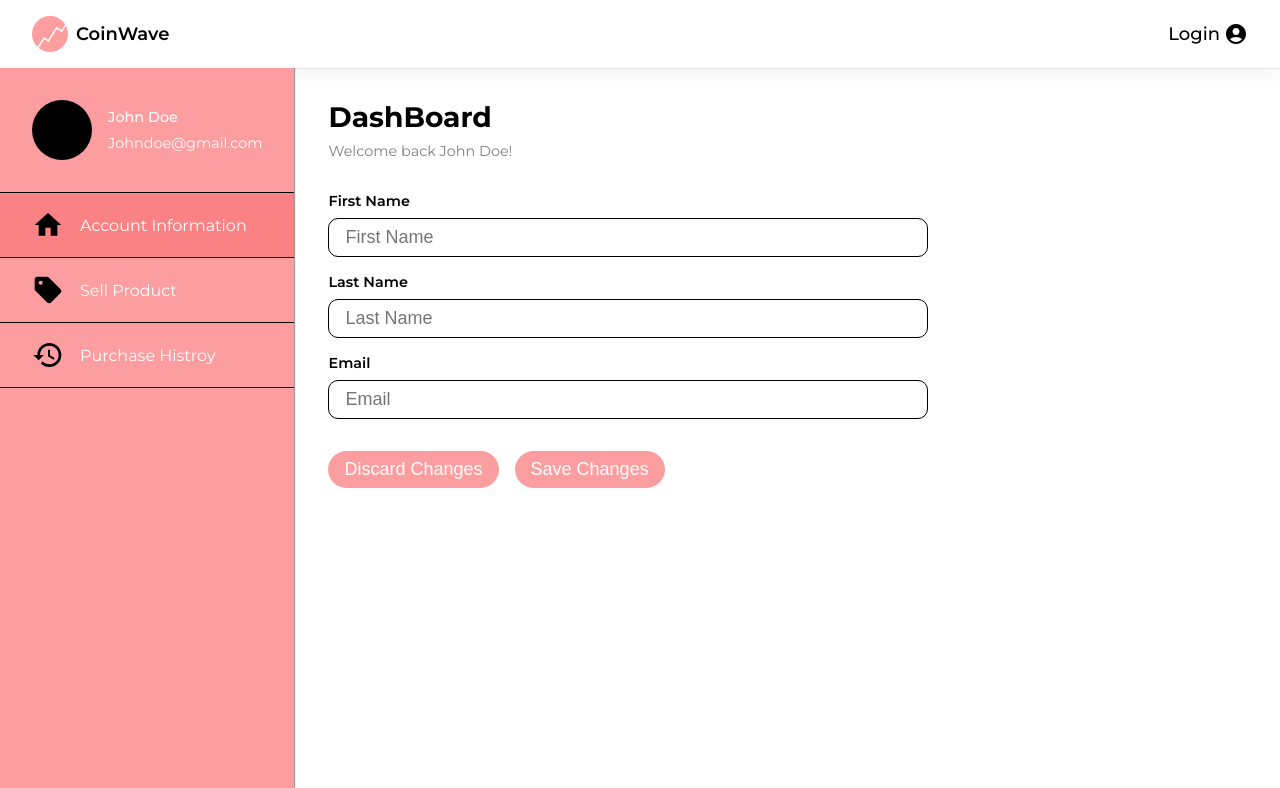
Repository: David-Waite/CoinWave
Page: /account
These files come from the project's save history. The page is drawn as it stood at one moment and after a run of saves; the edit follows.
The browser window is 1280 px wide. The pictures show the whole page.
The project was rebuilt for these pictures with package versions that can differ from the ones it lists, and the page was loaded fresh each time. The framework's server and built-in components were replaced by stand-ins that run in the browser. Also part of the build but not shown: next.config.js, app/components/account/SellProduct/SellProduct.js, app/components/account/PurchaseHistory/PurchaseHistory.js.

Above is the page before, as saved 2023-08-16 11:21:33.

### app/layout.js
import Nav from "./components/Nav/Nav";
import "./globals.css";
import { Montserrat } from "next/font/google";

const montserrat = Montserrat({ subsets: ["latin"] });

export const metadata = {
  title: "Coin Wave",
  description: "Generated by create next app",
};

export default function RootLayout({ children }) {
  return (
    <html lang="en">
      <body className={montserrat.className}>
        <Nav />
        {children}
      </body>
    </html>
  );
}

### app/account/page.js
"use client";
import styles from "./account.module.css";
import { useState } from "react";
import AccountMenu from "../components/account/AccountMenu/AccountMenu";
import AccountInformation from "../components/account/AccountInfomation/AccountInfomation";
import SellProduct from "../components/account/SellProduct/SellProduct";
import PurchaseHistroy from "../components/account/PurchaseHistory/PurchaseHistory";

export default function Account() {
  const [selected, setSelected] = useState({
    accountInformation: true,
    sellProduct: false,
    purchaseHistroy: false,
  });

  function handleMenuSelect(select) {
    setSelected({
      accountInformation: select === "accountInformation",
      sellProduct: select === "sellProduct",
      purchaseHistroy: select === "purchaseHistroy",
    });
  }

  return (
    <div className={styles.main}>
      <AccountMenu selected={selected} onClick={handleMenuSelect} />

      <hr />
      <main>
        {selected.accountInformation && <AccountInformation />}
        {selected.sellProduct && <SellProduct />}
        {selected.purchaseHistroy && <PurchaseHistroy />}
      </main>
    </div>
  );
}

### app/components/Nav/Nav.js
import styles from "./nav.module.css";
import Link from "next/link";
import { MdAccountCircle } from "react-icons/md";
export default function Nav() {
  return (
    <nav className={styles.main}>
      <Link className={styles.homeLink} href="/">
        <svg
          width="36"
          height="36"
          viewBox="0 0 36 36"
          fill="none"
          xmlns="http://www.w3.org/2000/svg"
        >
          <circle cx="18" cy="18" r="18" fill="#FF9E9E" />
          <mask
            id="mask0_7_9"
            style={{ maskType: "alpha" }}
            maskUnits="userSpaceOnUse"
            x="0"
            y="0"
            width="36"
            height="36"
          >
            <path
              d="M36 18C36 27.9411 27.9411 36 18 36C8.05887 36 0 27.9411 0 18C0 8.05887 8.05887 0 18 0C27.9411 0 36 8.05887 36 18Z"
              fill="#FF9E9E"
            />
          </mask>
          <g mask="url(#mask0_7_9)">
            <path
              d="M2.13416 37.6684L12.0865 22.0755L16.3706 24.9865L24.7305 11.8885L29.6267 15.2153L36.3942 4.61218"
              stroke="white"
              stroke-width="1.5"
            />
          </g>
        </svg>
        CoinWave
      </Link>
      <Link className={styles.loginLink} href="/login">
        Login <MdAccountCircle size={24} />
      </Link>
    </nav>
  );
}

### app/globals.css
:root {
  --primary: #fc9d9f;
}

* {
  margin: 0;
  padding: 0;
}

### app/components/account/AccountMenu/AccountMenu.js
import styles from "./accountMenu.module.css";
import { MdHistory, MdHome, MdSell } from "react-icons/md";
export default function AccountMenu(props) {
  function handleClick(select) {
    props.onClick(select);
  }

  const selectedP = {
    backgroundColor: "#fa8284",
  };

  return (
    <div className={styles.container}>
      <div className={styles.infoOverView}>
        <div className={styles.photo}></div>
        <div className={styles.overViewTextContainer}>
          <p className={styles.fullNameOverView}>John Doe</p>
          <p className={styles.emailOverView}>Johndoe@gmail.com</p>
        </div>
      </div>

      <div
        onClick={() => handleClick("accountInformation")}
        className={styles.linkContainer}
        style={Object.assign(props.selected.accountInformation && selectedP)}
      >
        <MdHome className={styles.menuIcons} />
        <p>Account Information</p>
      </div>

      <div
        onClick={() => handleClick("sellProduct")}
        className={styles.linkContainer}
        style={Object.assign(props.selected.sellProduct && selectedP)}
      >
        <MdSell className={styles.menuIcons} />
        <p>Sell Product</p>
      </div>

      <div
        onClick={() => handleClick("purchaseHistroy")}
        className={`${styles.linkContainer} ${styles.linkContainerBottom}`}
        style={Object.assign(props.selected.purchaseHistroy && selectedP)}
      >
        <MdHistory className={styles.menuIcons} />
        <p>Purchase Histroy</p>
      </div>
    </div>
  );
}

### app/components/account/AccountInfomation/AccountInfomation.js
"use client";
import styles from "./accountInformation.module.css";
import { useState } from "react";
import { useRouter } from "next/navigation";
import { MdSecurityUpdate } from "react-icons/md";

export default function AccountInformation() {
  const [formData, setFormData] = useState({
    firstName: "",
    lastNameName: "",
    email: "",
  });

  const router = useRouter();

  function handleChange(event) {
    const { type, name, value, checked } = event.target;
    setFormData((prevFormData) => {
      return {
        ...prevFormData,
        [name]: type === "checkbox" ? checked : value,
      };
    });
  }

  function handleSubmit(event) {
    event.preventDefault();

    router.push("/account");
  }

  return (
    <main className={styles.main}>
      <form onSubmit={handleSubmit}>
        <h1 className={styles.title}>DashBoard</h1>
        <p className={styles.welcomeText}>Welcome back {"John Doe"}!</p>

        <div className={styles.form}>
          <div className={styles.inputContainer}>
            <label className={styles.firstNameLable} htmlFor="firstName">
              First Name
            </label>
            <input
              className={styles.firstName}
              type="text"
              placeholder="First Name"
              onChange={handleChange}
              name="firstName"
              value={formData.firstName}
            />
          </div>
          <div className={styles.inputContainer}>
            <label className={styles.lastNameLable} htmlFor="lastName">
              Last Name
            </label>
            <input
              className={styles.firstName}
              type="text"
              placeholder="Last Name"
              onChange={handleChange}
              name="lastName"
              value={formData.lastName}
            />
          </div>
          <div className={styles.inputContainer}>
            <label className={styles.emailLable} htmlFor="email">
              Email
            </label>
            <input
              className={styles.email}
              type="email"
              placeholder="Email"
              onChange={handleChange}
              name="email"
              value={formData.email}
            />
          </div>
        </div>
        <div className={styles.buttonContainer}>
          <button className={styles.discardChanges}>Discard Changes</button>
          <button className={styles.saveChanges}>Save Changes</button>
        </div>
      </form>
    </main>
  );
}

### app/components/Nav/nav.module.css
.main {
  display: flex;
  align-items: center;
  justify-content: space-between;
  padding: 16px 60px;
  box-shadow: rgba(0, 0, 0, 0.05) 0px 6px 24px 0px,
    rgba(0, 0, 0, 0.08) 0px 0px 0px 1px;
}

.homeLink {
  display: flex;
  align-items: center;
  gap: 8px;
  text-decoration: none;
  font-size: 18px;
  color: black;
  font-weight: 600;
}

.loginLink {
  display: flex;
  align-items: center;
  gap: 4px;
  font-size: 18px;
  text-decoration: none;
  color: black;
  font-weight: 500;
}

@media (max-width: 1600px) {
  .main {
    padding: 16px 32px;
  }
}
@media (max-width: 778px) {
  .main {
    padding: 16px;
  }
  .loginLink,
  .homeLink {
    font-size: 16px;
  }
}

### app/components/account/AccountMenu/accountMenu.module.css
.container {
  background-color: var(--primary);

  height: 100vh;
}

.infoOverView {
  display: flex;
  align-items: center;
  gap: 16px;

  padding: 32px;
}

.fullNameOverView {
  color: white;
  font-size: 14.4px;
  font-weight: 500;
}

.emailOverView {
  color: white;
  font-size: 14.4px;
}

.overViewTextContainer {
  display: flex;
  flex-direction: column;
  gap: 8px;
}

.linkContainer {
  padding: 16px 0;
  display: flex;
  align-items: center;
  gap: 16px;
  padding-left: 32px;
  border-top: 1px solid black;
  cursor: pointer;
}
.linkContainer:hover {
  background-color: #fa8284;
}

.menuIcons {
  font-size: 32px;
}

.linkContainerBottom {
  border-bottom: 1px solid black;
}

.linkContainer p {
  color: white;
}

.photo {
  width: 60px;
  height: 60px;
  background-color: black;
  border-radius: 50%;
}

### app/components/account/AccountInfomation/accountInformation.module.css
.main {
  padding: 32px;
  width: 600px;
}

.title {
  font-size: 28.13px;
}

.welcomeText {
  font-size: 14.4px;
  color: grey;
  margin-top: 8px;
}

.firstNameLable,
.lastNameLable,
.emailLable {
  font-size: 14.4px;
  font-weight: 600;
}

.firstName,
.lastName,
.email {
  border: 1px solid black;
  padding: 8px 16px;
  font-size: 18px;
  border-radius: 10px;
}

.form {
  padding: 32px 0;
  display: flex;
  flex-direction: column;
  gap: 16px;
}

.inputContainer {
  display: flex;
  flex-direction: column;
  gap: 8px;
}

.buttonContainer {
  display: flex;
  gap: 16px;
}
.discardChanges,
.saveChanges {
  background-color: var(--primary);
  cursor: pointer;
  color: white;
  border: none;
  padding: 8px 16px;
  border-radius: 50px;
  font-size: 18px;
}

Loaded but not shown: app/account/account.module.css (common file)

After the next 2 saves:
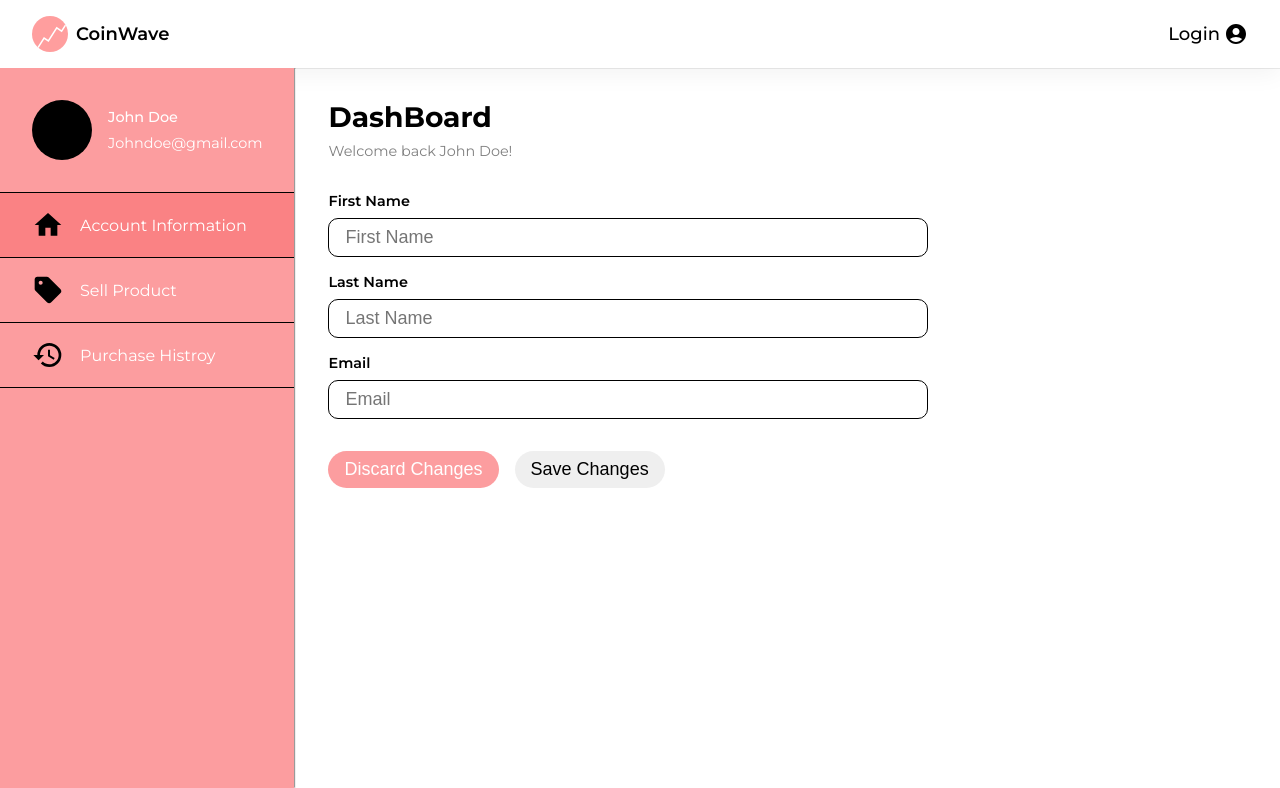
The 2 saves are shown as one change because they came seconds apart.
The last was saved 14 s later.
--- a/app/components/account/AccountInfomation/accountInformation.module.css
+++ b/app/components/account/AccountInfomation/accountInformation.module.css
@@ -48,11 +48,15 @@
 }
 .discardChanges,
 .saveChanges {
-  background-color: var(--primary);
   cursor: pointer;
-  color: white;
   border: none;
   padding: 8px 16px;
   border-radius: 50px;
   font-size: 18px;
 }
+
+.discardChanges {
+  background-color: var(--primary);
+
+  color: white;
+}
